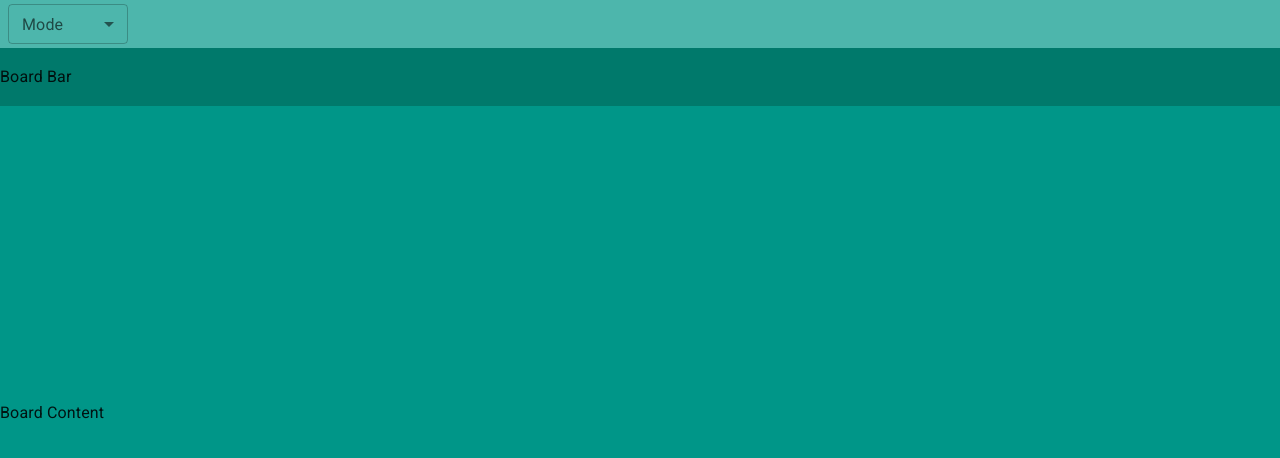
Repository: VoPhamKhanhTruong/trello-web
Page: /
An editor plug-in stored every save of this project. The page is shown before and after the next save, followed by the edit.
The browser window is 1280 px wide. The pictures show the whole page.
The project was rebuilt for these pictures with package versions that can differ from the ones it lists, and the page was loaded fresh each time. Also part of the build but not shown: vite.config.js.

Above is the page before, as saved 2024-08-07 17:36:20.

After the next save:
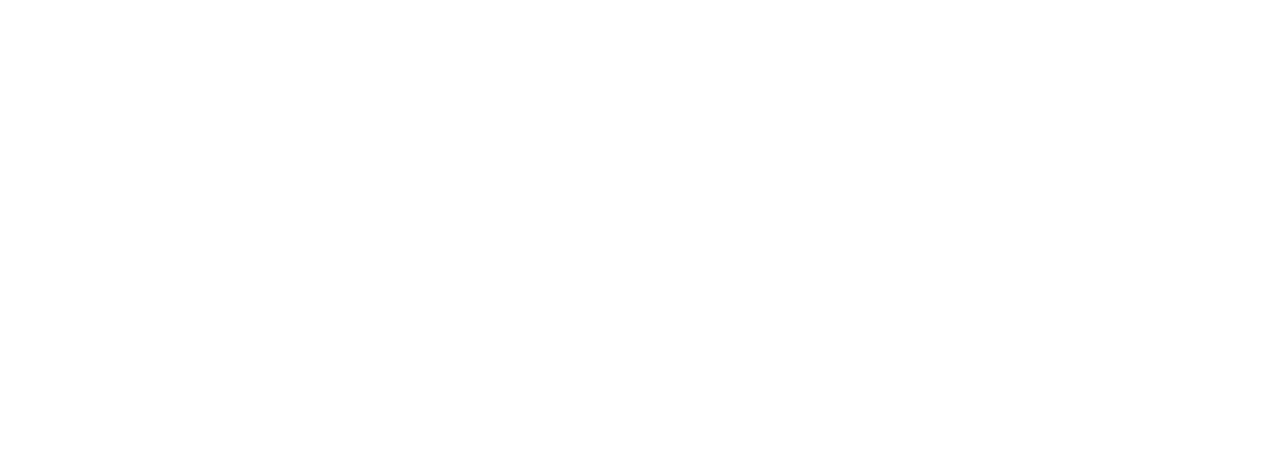
Console error: TypeError: Cannot read properties of undefined (reading 'appBarHeight')
Saved 56 s later.
--- a/src/theme.js
+++ b/src/theme.js
@@ -3,7 +3,7 @@
 
 // Create a theme instance.
 const theme = extendTheme({
-  trelloCustom: {
+  trello: {
     appBarHeight: '48px',
     boardBarHeight: '58px'
   },

After the save that followed:
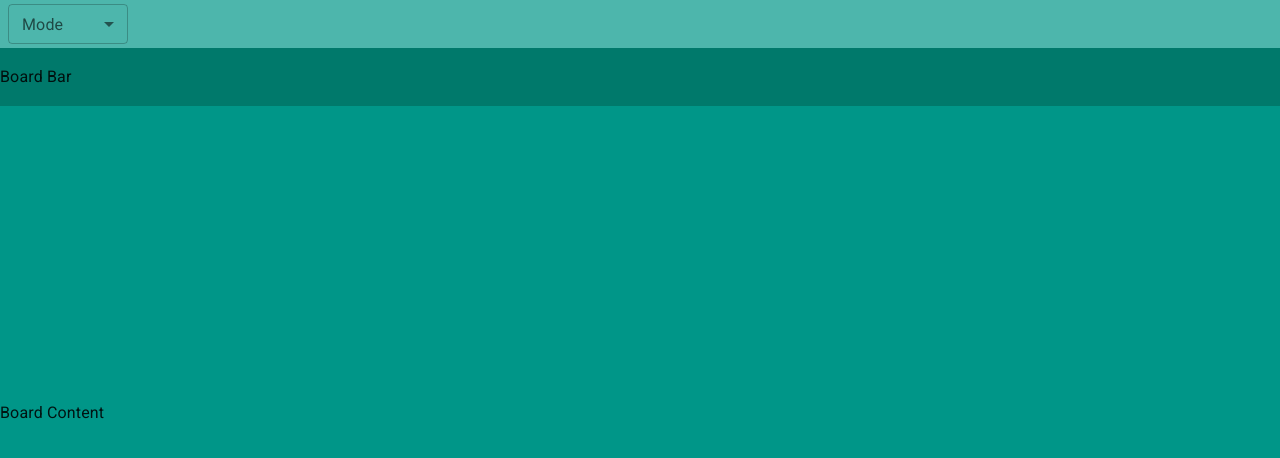
The error is gone.
Saved 7 s later.
--- a/src/App.jsx
+++ b/src/App.jsx
@@ -62,7 +62,7 @@
       <Box sx={{
         backgroundColor: 'primary.light',
         width: '100%',
-        height: (theme) => theme.trelloCustom.appBarHeight,
+        height: (theme) => theme.trello.appBarHeight,
         display: 'flex',
         alignItems: 'center'
       }}>
